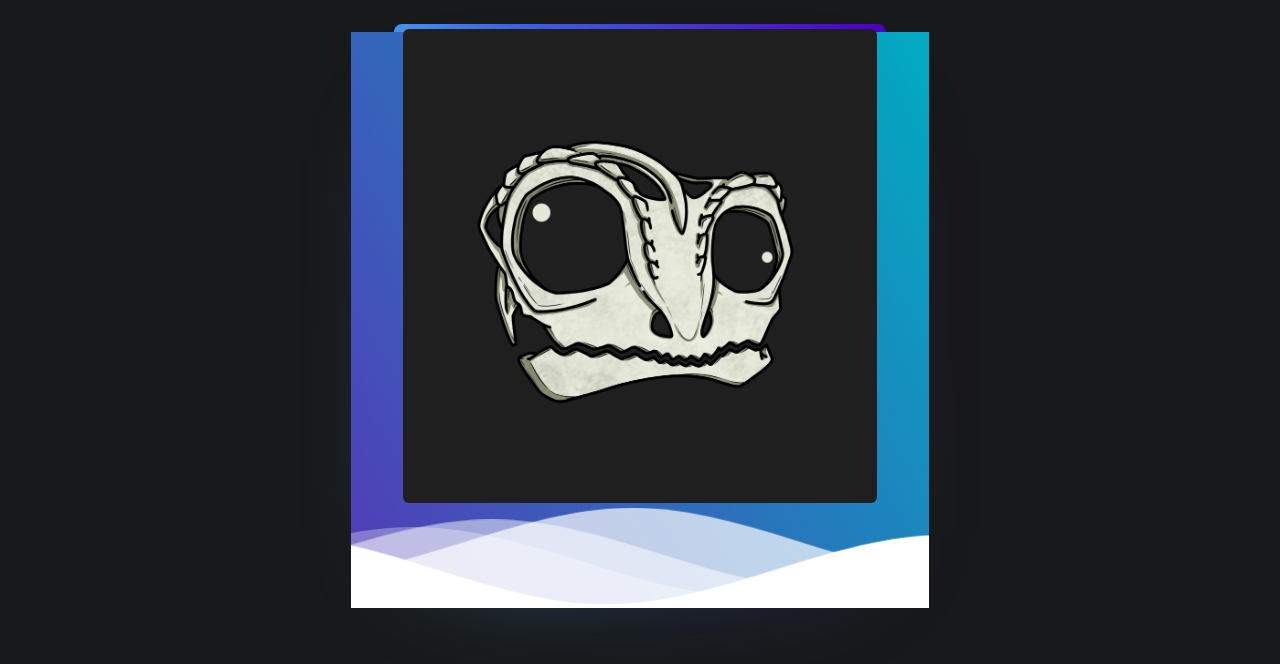
Repository: gabmacinas/ChameleonsInTheCityReact
Page: /
The author's editor kept a copy of each file at every save. The page is drawn from the files as they stood at one save, then again after the next save.
The browser window is 1280 px wide. The pictures show the whole page.
The project was rebuilt for these pictures with package versions that can differ from the ones it lists, and the page was loaded fresh each time.

Above is the page before, as saved 2022-01-18 21:07:00.

After the next save:
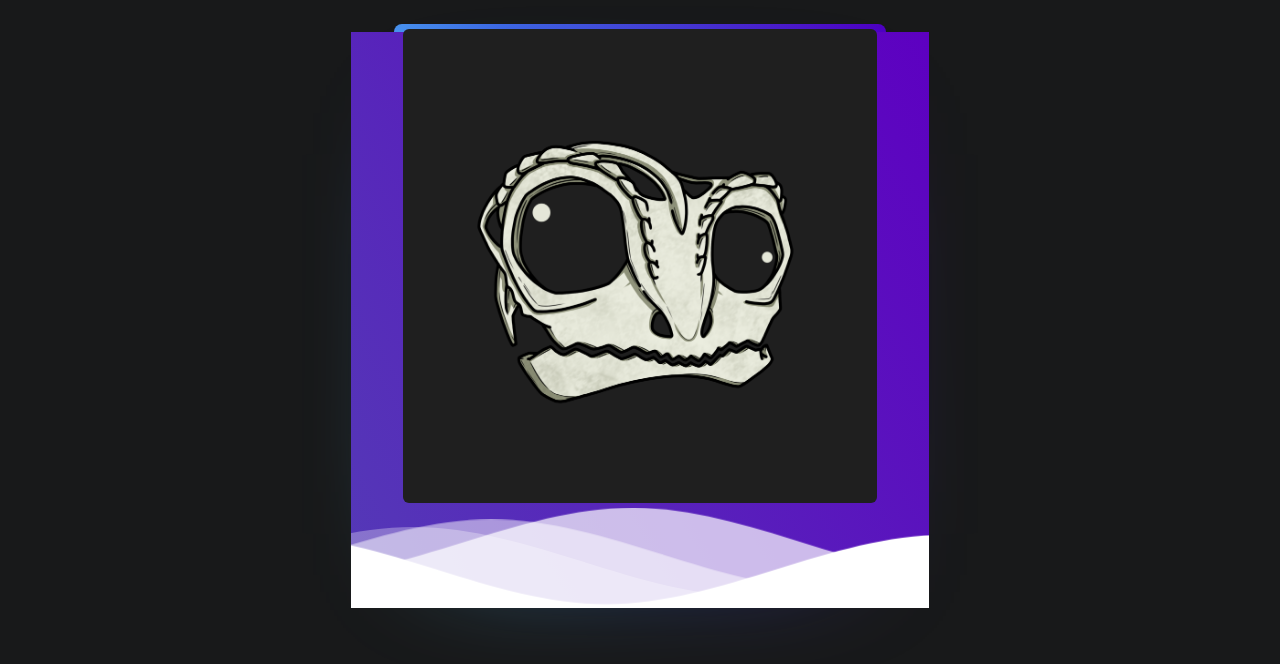
Saved 36 s later.
--- a/src/App.css
+++ b/src/App.css
@@ -128,7 +128,7 @@
 .header {
   position:relative;
   text-align:center;
-  background: linear-gradient(60deg, rgba(84,58,183,1) 0%, rgba(0,172,193,1) 100%);
+  background: linear-gradient(60deg, rgba(84,58,183,1) 0%, rgb(93, 0, 193) 100%);
   color:white;
 }
 .logo {
